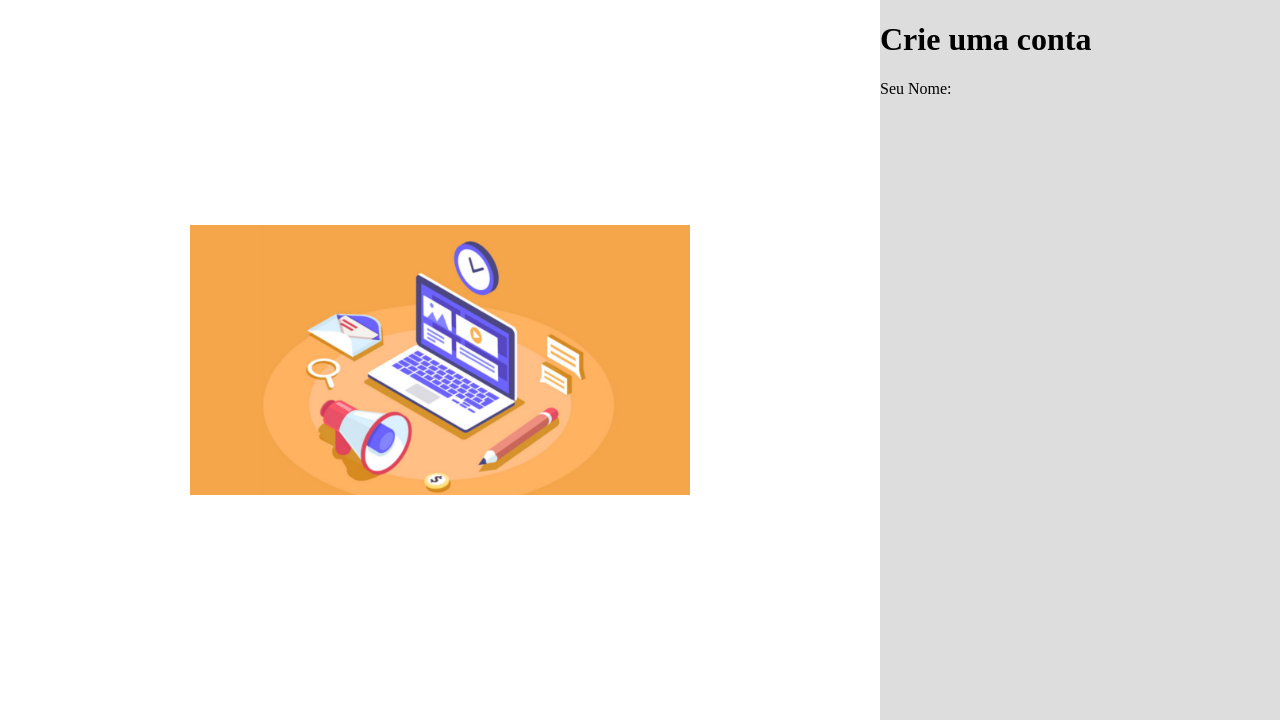
Repository: rafavirginio/tela-de-login
Page: index.html
These files come from the project's save history. The page is drawn as it stood at one moment and after the next save; the edit follows.
The browser window is 1280 px wide. The pictures show the whole page.

Above is the page before, as saved 2020-09-14 23:17:04.

After the next save:
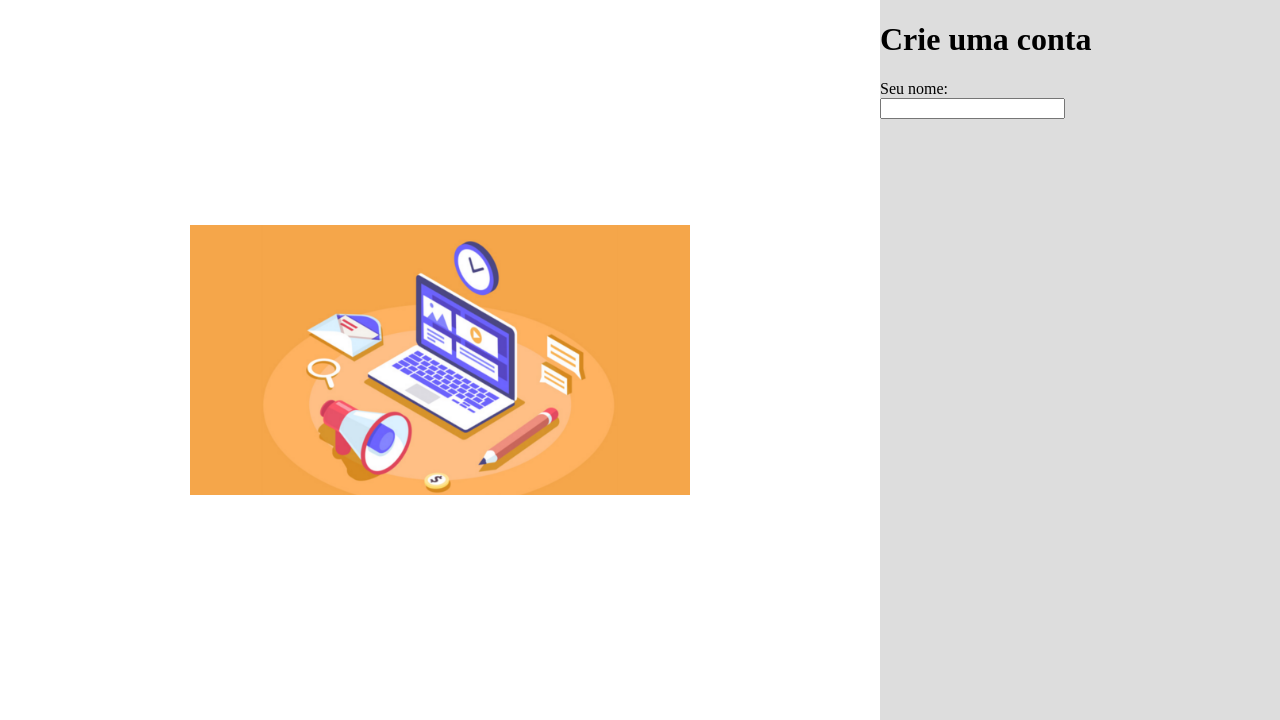
Saved 39 s later.
--- a/index.html
+++ b/index.html
@@ -21,7 +21,8 @@
             </form>
 
             <label>
-                Seu Nome: <br/>
+                Seu nome: <br/>
+                <input type="text" name="name" />
             </label>
             <div>
             </div>
